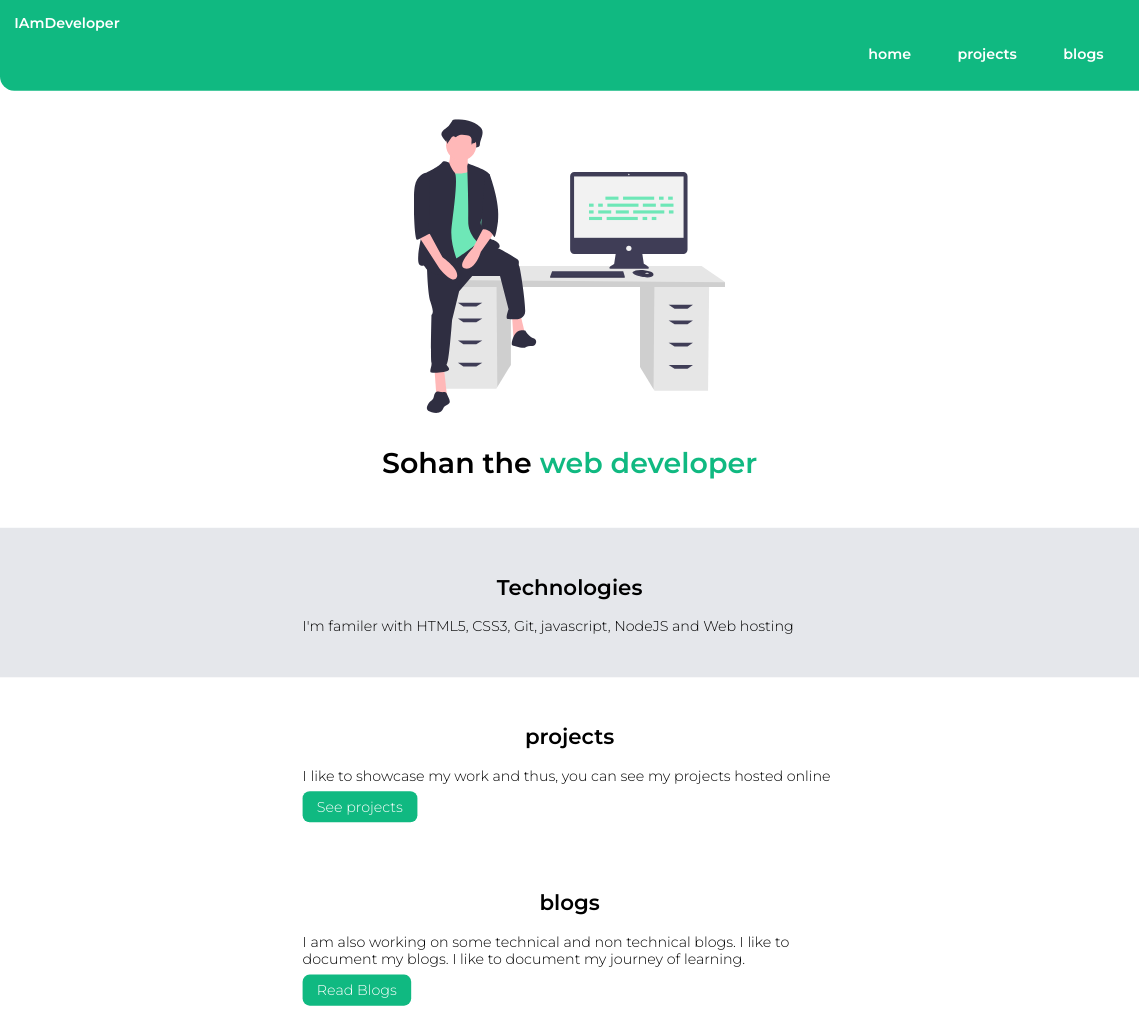
Repository: sohan2503001/Portfolio
Page: index.html
These files come from the project's save history. The page is drawn as it stood at one moment and after a run of saves; the edit follows.
The browser window is 1280 px wide. The pictures show the whole page, at 89% of full size.

Above is the page before, as saved 2021-03-27 19:03:22.

### index.html
<!DOCTYPE html>
<html lang="en">
<head>
    <meta charset="UTF-8">
    <meta name="viewport" content="width=device-width, initial-scale=1.0">
    <title>home | </title>
    <link rel="stylesheet" href="style.css">
</head>
<body>

    <nav class="navigation container">
        <div class="nav-brand">IAmDeveloper</div>
        <ul class="list-non-bullet nav-pills">
            <li class="list-item-inline">
                <a class="link link-active" href="">home</a>
            </li>
            <li class="list-item-inline">
                <a class="link link-active" href="">projects</a>
            </li>
            <li class="list-item-inline">
                <a class="link link-active" href="">blogs</a>
            </li>
        </ul>
    </nav>

    <header class="hero">
        <img class="hero-img" src="images/hero.svg" alt="" />
        <h1 class="hero-heading">Sohan the <span class="heading-inverted"> web developer</span></h1>
    </header>

    <section class="section ow">
        <div class="container container-center">
            <h1>Technologies</h1>
            <p>I'm familer with HTML5, CSS3, Git, javascript, NodeJS and Web hosting</p>
        </div>
    </section>

    <section class="section">
        <div class="container container-center">
            <h1>projects</h1>
            <p>I like to showcase my work and thus, you can see my projects hosted online</p>
            <a class="link link-primary" href="/">See projects</a>
        </div>
    </section>

    <section class="section">
        <div class="container container-center">
            <h1>blogs</h1>
            <p>I am also working on some technical and non technical blogs.
                I like to document my blogs. I like to document
                my journey of learning.</p>
            <a class="link link-primary" href="/">Read Blogs</a>
        </div>
    </section>

</body>
</html>

### style.css
@import url('https://fonts.googleapis.com/css2?family=Montserrat:wght@300;600&display=swap');

:root{
    --primary-color: #10B981;
    --dark-gray: #4B5563;
    --off-white:#E5E7EB;
}

body {
    font-family: 'Montserrat', sans-serif;
    margin: 0px;
}

hr{
    margin: 2rem 0rem;
}

/** container **/
.container{
    padding: 0rem 1rem;
}

.container-center{
    max-width: 600px;
    margin: auto;
}

/** links **/
.link{
    text-decoration: none;
    padding: 0.5rem 1rem;
}

.link-primary{
    background-color: var(--primary-color);
    border-radius: 0.5rem;
    color:white;
}

.link-secondary{
    color: var(--primary-color);
    border-radius: 0.5rem;
    border: 1px solid var(--primary-color);
}

/** lists **/

.list-non-bullet{
    list-style: none;
}

.list-item-inline{
    display: inline;
    padding: 0rem 0.5rem;
}

/** navigation **/

.navigation{
    background-color: var(--primary-color);
    color: white;
    padding: 1rem;
    border-bottom-left-radius: 1rem;
}

.navigation .nav-brand{
    font-weight: bold;
}

.navigation .nav-pills{
    text-align: right;
}

.navigation .link{
    color: white;
}

.navigation .link-active{
    font-weight: bold;
}

/**header **/

.hero{
    padding: 2rem;
}

.hero .hero-img{
    max-width: 350px;
    display: block;
    margin: auto;
}

.hero .hero-heading{
    padding-top: 1rem;
    color: var(--dark-red);
    text-align: center;
}

.hero .hero-heading .heading-inverted{
    color: var(--primary-color)
}

/** section **/
.section{
    padding: 2rem;
}

.section h1{
    text-align: center;
}

.ow {
    background-color: var(--off-white);
}

/**footer **/

.footer{
    background-color: var(--primary-color);
    padding: 2rem 1rem;
    text-align: center;
    color: white;
    border-top-right-radius: 1rem;
}

.footer .link{
    color: white;
}

.footer ul{
    padding-inline-start: 0px;
}

After the next 3 saves:
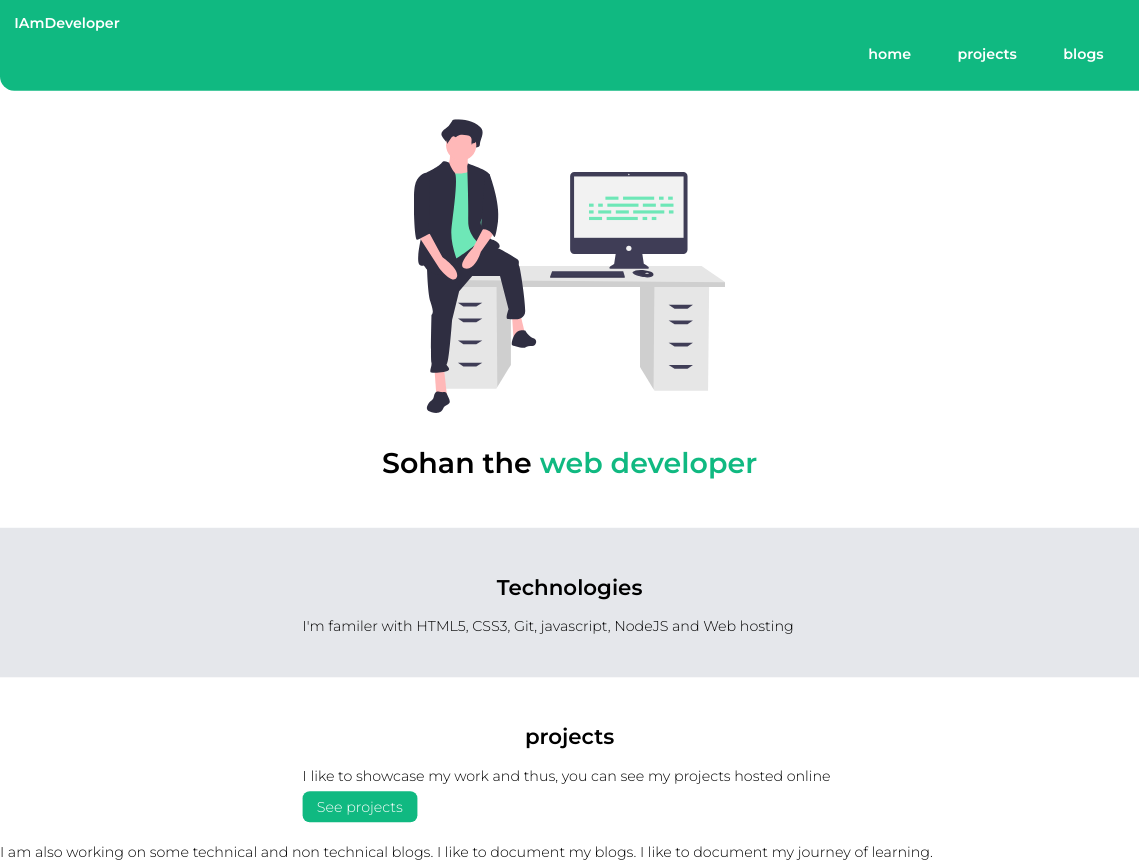
The 3 saves are shown as one change because they came seconds apart.
The last was saved 10 s later.
--- a/index.html
+++ b/index.html
@@ -43,15 +43,9 @@
         </div>
     </section>
 
-    <section class="section">
-        <div class="container container-center">
-            <h1>blogs</h1>
-            <p>I am also working on some technical and non technical blogs.
-                I like to document my blogs. I like to document
-                my journey of learning.</p>
-            <a class="link link-primary" href="/">Read Blogs</a>
-        </div>
-    </section>
 
+    I am also working on some technical and non technical blogs.
+    I like to document my blogs. I like to document
+    my journey of learning.
 </body>
 </html>
